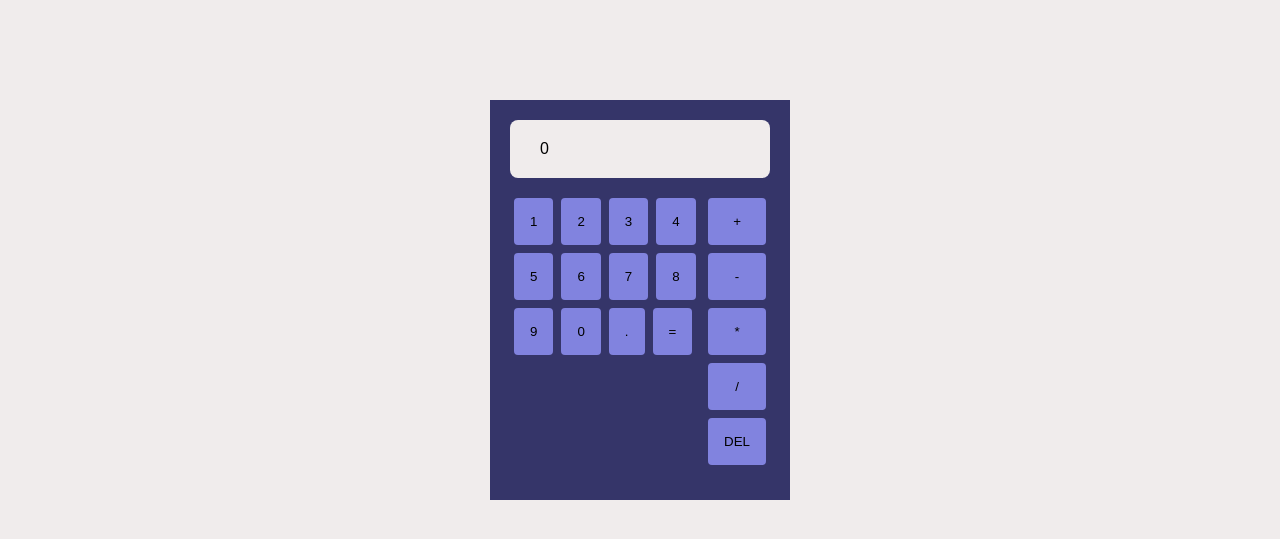
Repository: Bishek666/simple-calculator
Page: /
The author's editor kept a copy of each file at every save. The page is drawn from the files as they stood at one save, then again after a run of saves.
The browser window is 1280 px wide. The pictures show the whole page.
The project was rebuilt for these pictures with package versions that can differ from the ones it lists, and the page was loaded fresh each time.

Above is the page before, as saved 2021-10-20 17:53:15.

After the next 2 saves:
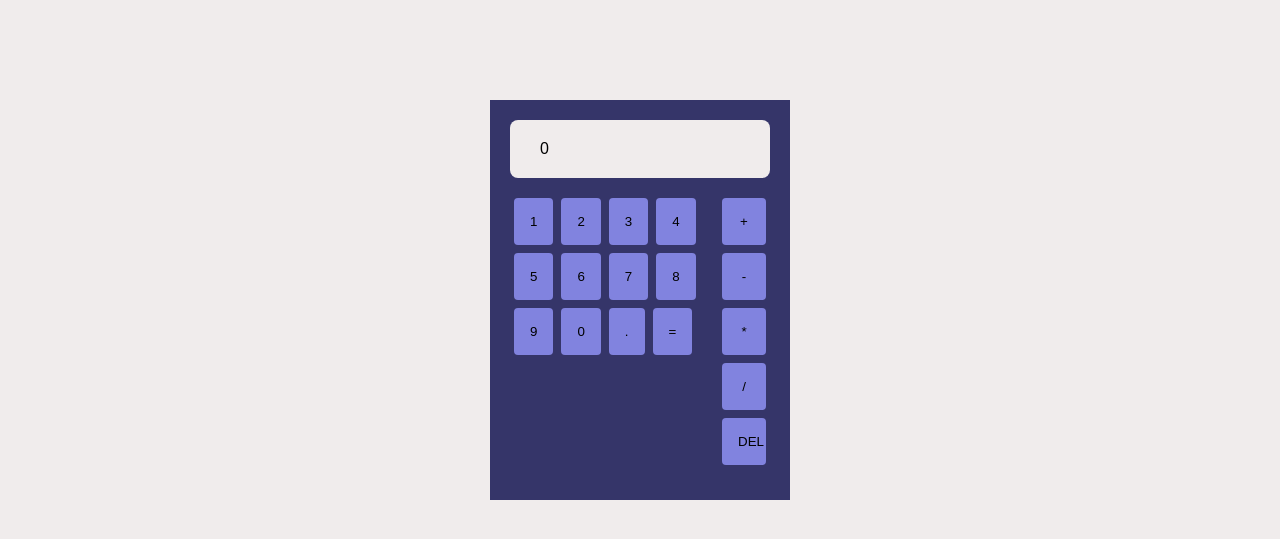
The 2 saves are shown as one change because they came seconds apart.
The last was saved 37 s later.
--- a/src/index.css
+++ b/src/index.css
@@ -53,4 +53,5 @@ button {
 .operators {
     display: flex;
     flex-direction: column;
+    width: 20%;
 }
